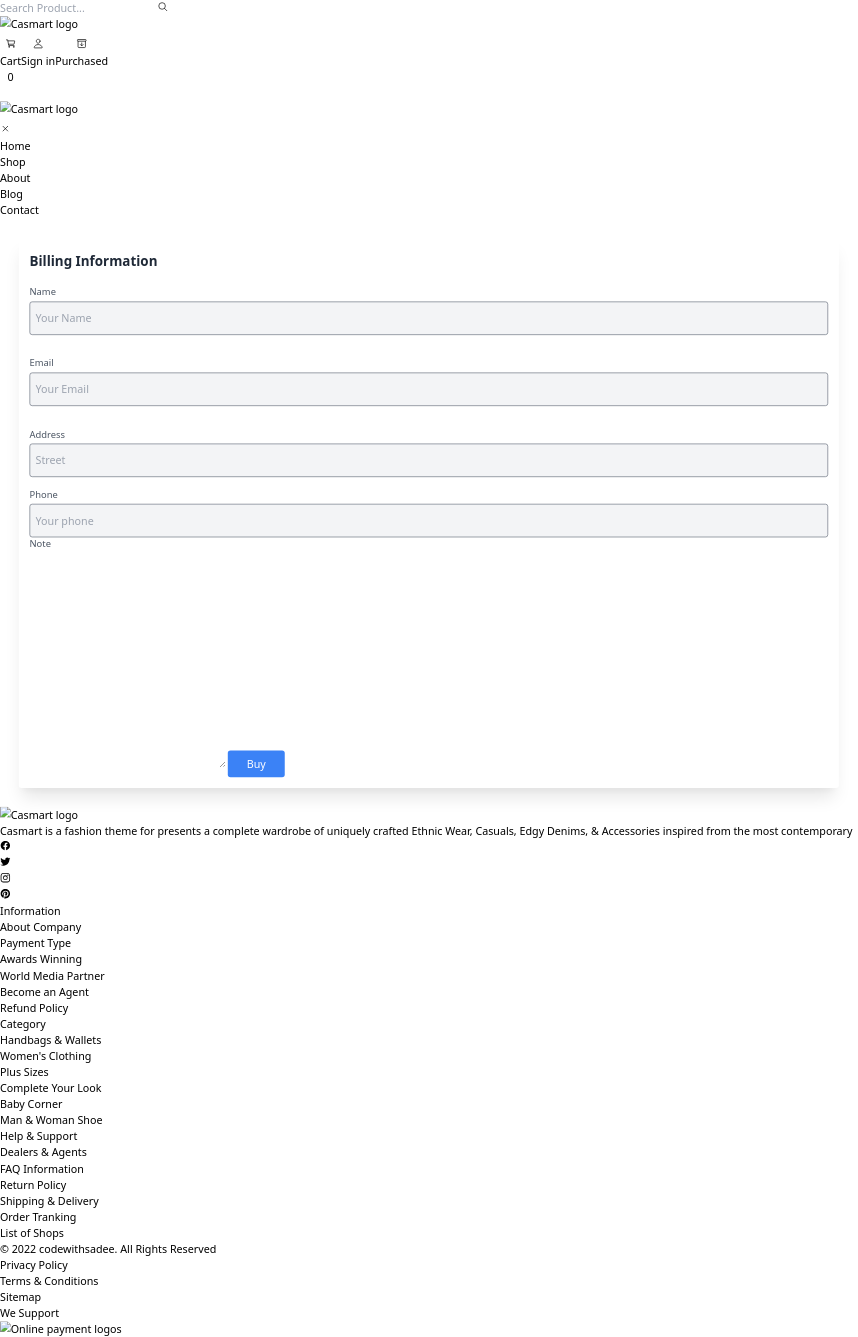
Repository: phamquyet29/duan1
Page: http://localhost/da1_nhom2/form-pay-cart
An editor plug-in stored every save of this project. The page is shown before and after the next save, followed by the edit.
The browser window is 1280 px wide. The pictures show the whole page, at 67% of full size.
Some web libraries are served in a nearby version. The page is run by PHP 8.4 with error messages shown; the project is at /var/www/html/.

Above is the page before, as saved 2023-04-11 22:04:55.
Console error: SyntaxError: Unexpected token '<'

After the next save:
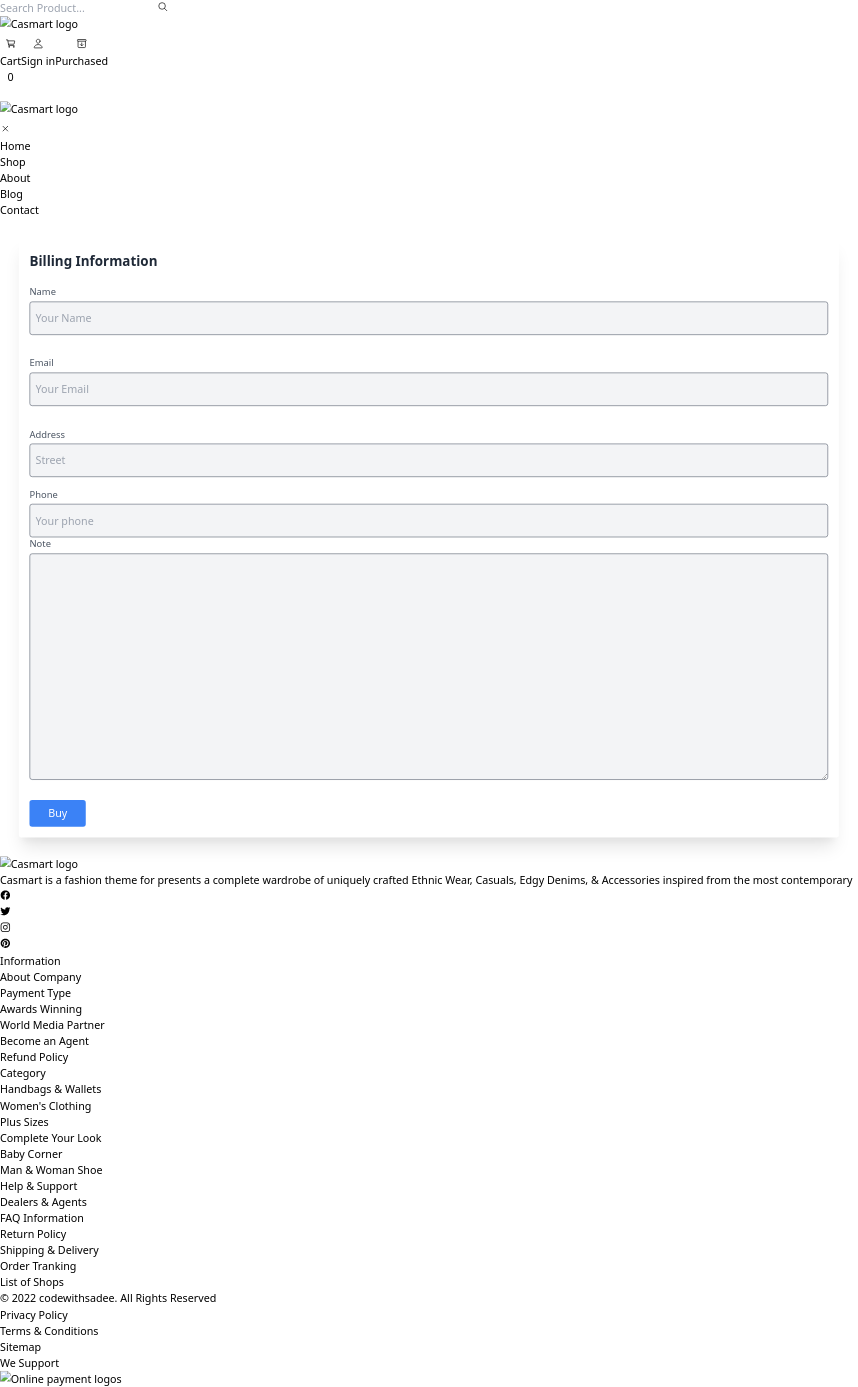
Saved 28 s later.
--- a/client/views/cart/checkout.php
+++ b/client/views/cart/checkout.php
@@ -18,7 +18,7 @@
       <input class="w-full px-2 py-2 border-gray-500 border-[1px] border-solid text-gray-700 bg-gray-100 rounded" id="cus_name" name="phone" type="number" required  placeholder="Your phone">
 
       <label class="block text-sm mb-1 text-gray-600 w-full" for="cus_name">Note</label>
-     <textarea name="note" id="" cols="30" rows="10"></textarea>
+     <textarea class="w-full px-2 py-2 border-gray-500 border-[1px] border-solid text-gray-700 bg-gray-100 rounded" name="note" id="" cols="30" rows="10"></textarea>
       <button type="submit" class="px-7 py-1 mt-5 text-white rounded bg-blue-500">Buy</button>
     </div>
   </form>
